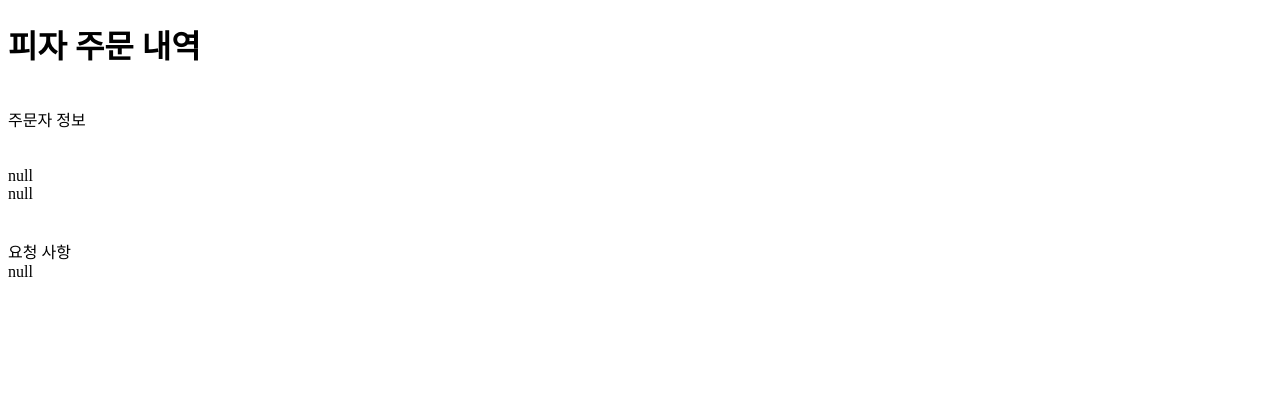
Repository: smjae96/Backup
Page: http://localhost/2_JSP/orderPizza.do
An editor plug-in stored every save of this project. The page is shown before and after the next save, followed by the edit.
The browser window is 1280 px wide. The pictures show the whole page.
The page is served by Tomcat 9.

Above is the page before, as saved 2024-03-08 03:22:41.

After the next save:
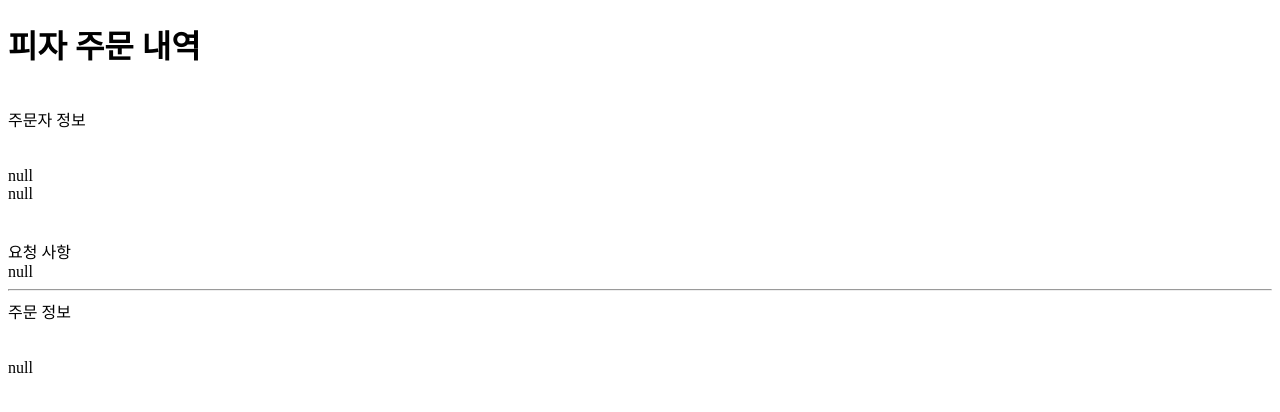
Saved 58 s later.
--- a/5_Servlet/2_JSP/src/main/webapp/views/pizza/orderResult.jsp
+++ b/5_Servlet/2_JSP/src/main/webapp/views/pizza/orderResult.jsp
@@ -16,6 +16,10 @@
     <br><br>
     <div>요청 사항</div>
     <div><%= request.getAttribute("requestion") %></div>
+    <hr>
+    <div>주문 정보</div>
+    <br><br>
+    <div><%= request.getAttribute("menu") %></div>
 
 
 
